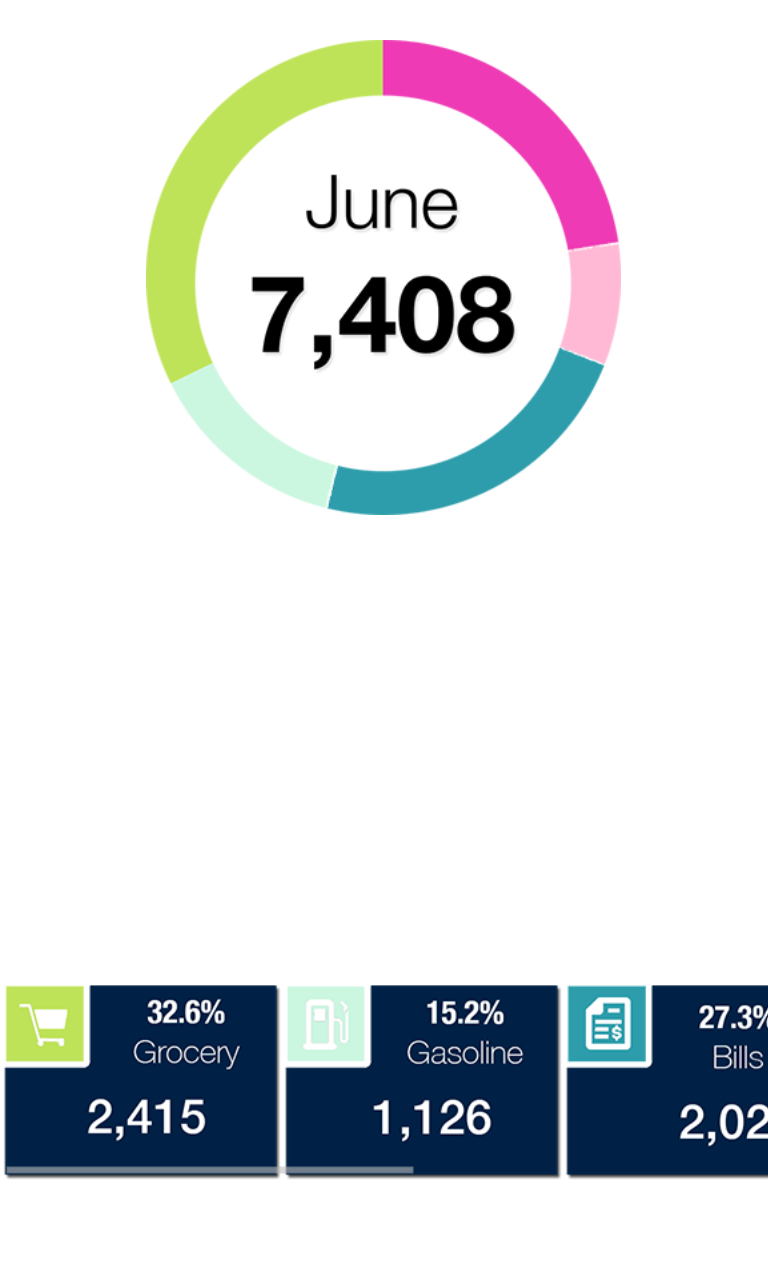
Repository: derek-zhan/RBCPrototypeChallenge
Layout: RBCPrototype/res/layout/fragment_analyze.xml
These files come from the project's save history. The layout is drawn as it stood at one moment and after the next save; the edit follows.
It is drawn on a 768 x 1280 px phone screen (xhdpi) without system bars, with theme AppTheme; the app's code is not run.

Above is the layout before, as saved 2014-06-06 20:19:43.

After the next save:
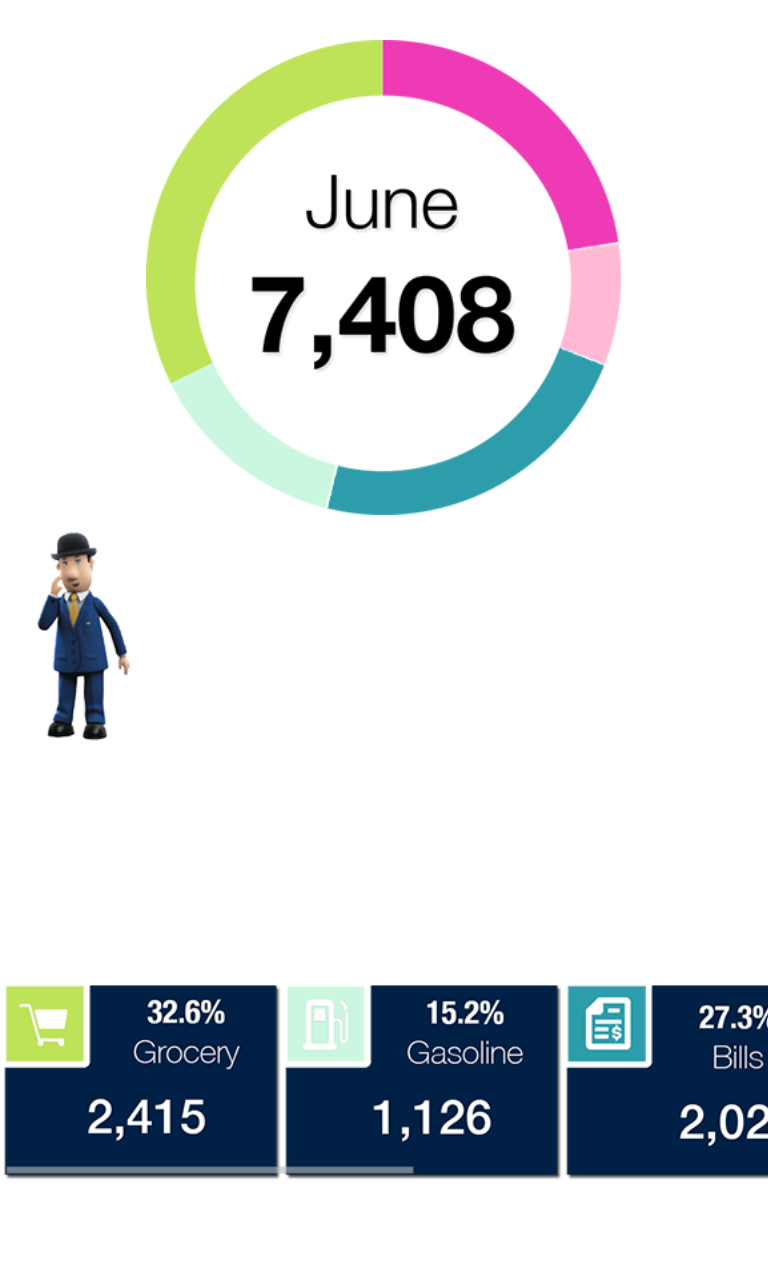
Saved 5 h 38 min later.
--- a/RBCPrototype/res/layout/fragment_analyze.xml
+++ b/RBCPrototype/res/layout/fragment_analyze.xml
@@ -57,5 +57,12 @@
 
     </HorizontalScrollView>
 
+     <ImageView
+         android:layout_width="wrap_content"
+         android:layout_height="wrap_content"
+         android:layout_alignParentLeft="true"
+         android:layout_centerVertical="true"
+         android:layout_margin="10dp"
+         android:src="@drawable/whisper_arbie" />
 
 </RelativeLayout>
